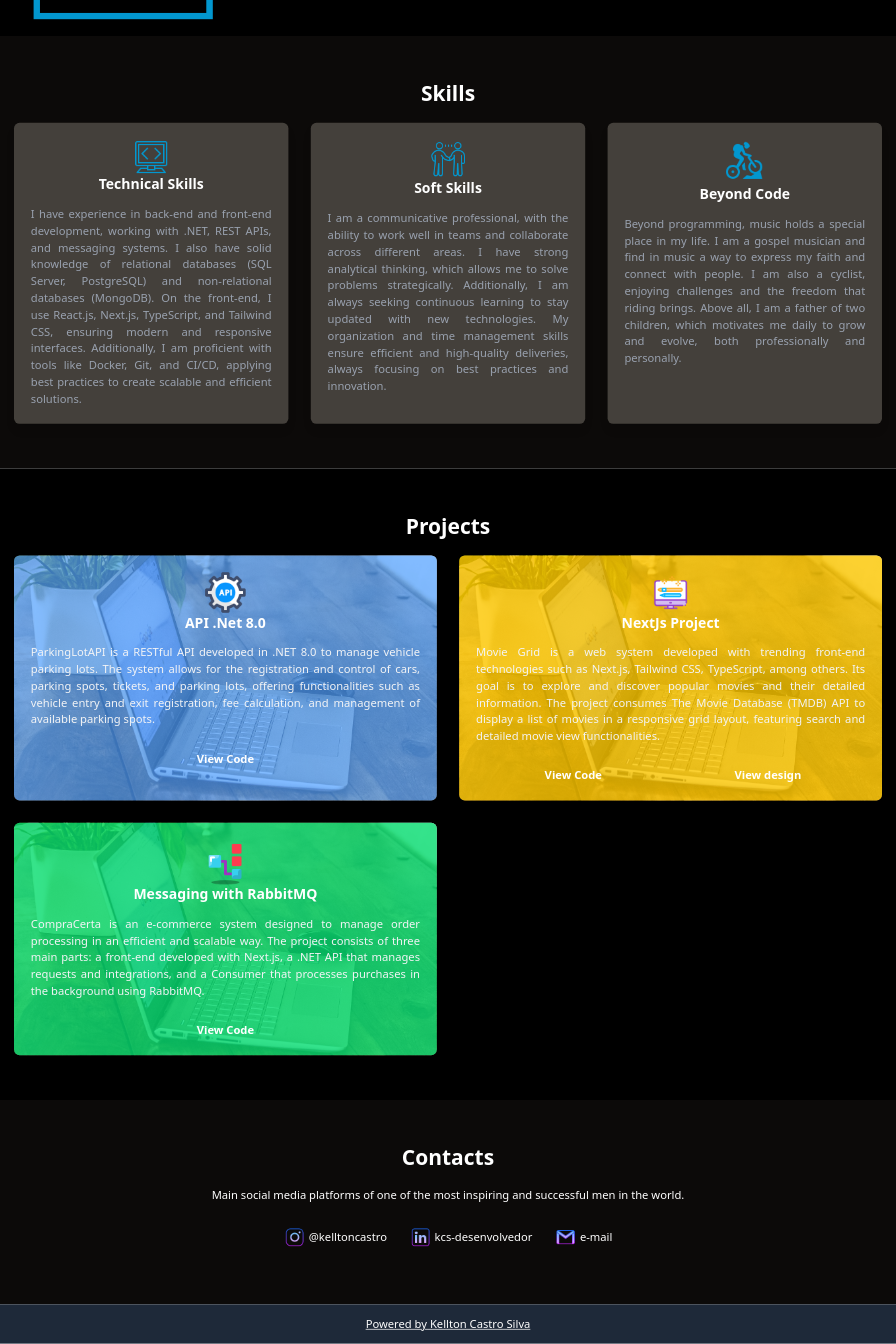
Repository: kcsdesenvolvedor/portfolio
Page: index.html
These files come from the project's save history. The page is drawn as it stood at one moment and after the next save; the edit follows.
The browser window is 1280 px wide. The pictures show the part of the page from y = 918 to 2838 px (the page is 2838 px tall before and 2790 px after), at 70% of full size.

Above is the page before, as saved 2025-03-26 20:32:02.
Console error: TypeError: Cannot read properties of null (reading 'textContent')

### index.html
<!DOCTYPE html>
<html lang="en">
<head>
    <meta charset="UTF-8">
    <meta name="viewport" content="width=device-width, initial-scale=1.0">
    <link rel="icon" href="./img/faviconK.png" type="image/x-icon">
    <link href="./output.css" rel="stylesheet">
    <title>Kellton Castro</title>
    <style>
        .typing-container {
        font-family: 'Courier New', monospace;
        font-size: 24px;
        color: #333;
        white-space: nowrap;
        overflow: hidden;
        border-right: 2px solid black;
        display: inline-block;
        animation: blink-caret 0.7s step-end infinite;
        }

        #typing-text {
            height: 40px;
        }

        @keyframes blink-caret {
        from, to {
            border-color: transparent;
        }
        50% {
            border-color: black;
        }
        }


        @keyframes fadeIn {
            from {
                opacity: 0;
                transform: translateY(20px);
            }
            to {
                opacity: 1;
                transform: translateY(0);
            }
        }

        .fade-in {
            animation: fadeIn 1s ease-in-out;
        }
    </style>
</head>
<body class="bg-gray-100 font-sans">
    <header>
        <nav class="fixed top-0 z-50 w-full px-4 py-4 flex justify-between items-center bg-stone-950">
            <div class="lg:hidden">
                <button class="navbar-burger flex items-center text-blue-600 p-3">
                    <svg class="block h-4 w-4 fill-current" viewBox="0 0 20 20" xmlns="http://www.w3.org/2000/svg">
                        <title>Mobile menu</title>
                        <path d="M0 3h20v2H0V3zm0 6h20v2H0V9zm0 6h20v2H0v-2z"></path>
                    </svg>
                </button>
            </div>
            <div>
                <ul class="hidden absolute top-1/2 left-1/2 transform -translate-y-1/2 -translate-x-1/2 lg:mx-auto lg:flex lg:items-center lg:w-auto lg:space-x-20">
                    <li><a class="text-sm text-blue-600/80 dark:text-sky-400/80 hover:text-white" href="#home" data-i18n="home"></a></li>
                    <li><a class="text-sm text-blue-600/80 dark:text-sky-400/80 hover:text-white" href="#about" data-i18n="about"></a></li>
                    <li><a class="text-sm text-blue-600/80 dark:text-sky-400/80 hover:text-white" href="#skills" data-i18n="skills"></a></li>
                    <li><a class="text-sm text-blue-600/80 dark:text-sky-400/80 hover:text-white" href="#projects" data-i18n="projects"></a></li>
                    <li><a class="text-sm text-blue-600/80 dark:text-sky-400/80 hover:text-white" href="#contacts" data-i18n="contacts"></a></li>
                </ul>
            </div>
            <div class="w-lg">
                <select id="language-select" class="border-2 border-blue-600/80 dark:border-sky-400/80 text-blue-600/80 dark:text-sky-400/80 bg-transparent rounded-lg px-4 py-2">
                    <option value="en">English</option>
                    <option value="pt">Português</option>
                </select>
            </div>
        </nav>
        <div class="navbar-menu fixed top-0 z-50 w-full hidden">
            <div class="navbar-backdrop fixed inset-0 bg-gray-800 opacity-25"></div>
            <nav class="fixed top-0 left-0 bottom-0 flex flex-col w-5/6 max-w-sm py-6 px-6 bg-white border-r overflow-y-auto">
                <div class="flex items-center mb-8">
                    <a class="mr-auto text-3xl font-bold leading-none" href="#">
                        <img class="w-16" src="./img/logo.png" alt="">
                    </a>
                    <button class="navbar-close">
                        <svg class="h-6 w-6 text-gray-400 cursor-pointer hover:text-gray-500" xmlns="http://www.w3.org/2000/svg" fill="none" viewBox="0 0 24 24" stroke="currentColor">
                            <path stroke-linecap="round" stroke-linejoin="round" stroke-width="2" d="M6 18L18 6M6 6l12 12"></path>
                        </svg>
                    </button>
                </div>
                <div>
                    <ul>
                        <li class="mb-1">
                            <a class="navbar-itemMenu block p-4 text-sm font-semibold text-gray-400 hover:bg-blue-50 hover:text-blue-600 rounded" href="#home" data-i18n="home"></a>
                        </li>
                        <li class="mb-1">
                            <a class="navbar-itemMenu block p-4 text-sm font-semibold text-gray-400 hover:bg-blue-50 hover:text-blue-600 rounded" href="#about" data-i18n="about"></a>
                        </li>
                        <li class="mb-1">
                            <a class="navbar-itemMenu block p-4 text-sm font-semibold text-gray-400 hover:bg-blue-50 hover:text-blue-600 rounded" href="#skills" data-i18n="skills"></a>
                        </li>
                        <li class="mb-1">
                            <a class="navbar-itemMenu block p-4 text-sm font-semibold text-gray-400 hover:bg-blue-50 hover:text-blue-600 rounded" href="#projects" data-i18n="projects"></a>
                        </li>
                        <li class="mb-1">
                            <a class="navbar-itemMenu block p-4 text-sm font-semibold text-gray-400 hover:bg-blue-50 hover:text-blue-600 rounded" href="#contact" data-i18n="contacts"></a>
                        </li>
                    </ul>
                </div>
                <div class="mt-auto">

                    <a href="https://kcode2025.github.io/sucess-history" target="_blank">
                        <p class="my-4 text-xs text-center text-gray-400">
                            Powered by Success Story
                        </p>
                    </a>
                </div>
            </nav>
        </div>
    </header>


    <!-- Home Section -->
    <section id="home" class="flex flex-col-reverse lg:flex-row lg:justify-around justify-between bg-stone-950 text-white text-center pt-20 lg:pb-0 pb-5 px-10 fade-in">
        <!-- Div do texto -->
        <div class="self-center w-full flex items-center justify-center">
            <div class="flex flex-col lg:w-2/4"> <!-- Ajuste essa div para ocupar 100% da largura -->
                <p class="text-md text-left" data-i18n="hello"></p>
                <p class="text-3xl text-blue-600/80 dark:text-sky-400/80 text-left font-semibold" data-i18n="apresentationMe"></p>
                <p class="text-lg text-gray-400 text-left font-semibold mb-2" data-i18n="myProfission"></p>
                <p class="text-xs text-gray-400 text-left font-semibold mb-8" data-i18n="welcomePortfolio"></p>
                <a href="#contact" class="bg-blue-600/80 dark:bg-sky-400/80 text-white font-bold w-2/4 py-3 px-6 border-2 rounded-lg shadow-lg hover:bg-black hover:text-blue-600/80 hover:dark:text-sky-400/80 hover:border-blue-600/80 hover:dark:border-sky-400/80 hover:border-2 transition delay-150 duration-300 ease-in-out" data-i18n="contacts"></a>
            </div>
        </div>

        <!-- Div da imagem -->
        <div class="flex justify-center lg:justify-end lg:w-2/4">
            <img class="min-w-2/4 object-contain" src="./img/perfil-portfolio2.png">
        </div>
    </section>

    <!-- Sobre -->
    <section id="about" class="flex flex-col lg:flex-row items-center justify-center space-y-10 lg:space-y-0 lg:space-x-20 py-16 bg-black border-r-gray-900 fade-in">
        <div class="relative flex justify-center">
            <!-- Moldura (posição de fundo) -->
            <img src="./img/moldura.png" class="w-3xs h-3xs absolute -left-5 top-5 lg:-left-10 lg:top-10" alt="moldura do perfil">

            <!-- Imagem de perfil (fica por cima) -->
            <img src="./img/perfil-portfolio1.png" class="w-3xs h-3xs relative z-10" alt="meu perfil">
        </div>
        <div class="px-5 w-full lg:w-3xl text-center lg:text-left">
            <h3 class="text-3xl text-white font-bold mb-2" data-i18n="about"></h3>
            <div class="w-20 h-0.5 bg-blue-600/80 dark:bg-sky-400/80 mb-3 mx-auto lg:mx-0"></div>
            <p class="text-gray-400 text-left w-full mb-8" data-i18n="aboutMeInfo"></p>
            <div class="flex flex-col lg:flex-row w-full lg:w-2/4 gap-4">
                <a href="#contact" class="bg-blue-600/80 dark:bg-sky-400/80 text-center text-white font-bold w-full lg:w-2/4 py-3 px-6 border-2 rounded-lg shadow-lg hover:bg-black hover:text-blue-600/80 hover:dark:text-sky-400/80 hover:border-blue-600/80 hover:dark:border-sky-400/80 hover:border-2 transition delay-150 duration-300 ease-in-out" data-i18n="contacts"></a>
                <a href="cv/Kellton.pdf" download="Kellton.pdf" class="bg-black text-center border-blue-600/80 dark:border-sky-400/80 text-blue-600/80 dark:text-sky-400/80 font-bold w-full lg:w-2/4 py-3 px-6 border-2 rounded-lg shadow-lg hover:text-white hover:border-white hover:border-2 transition delay-150 duration-300 ease-in-out">
                    Download CV
                </a>
            </div>
        </div>
    </section>



    <!-- Skills -->
    <section id="skills" class="py-16 bg-stone-950 fade-in">
        <div class="container mx-auto text-center">
            <h3 class="text-3xl text-white font-bold mb-6" data-i18n="skills"></h3>
            <div class="px-5 grid grid-cols-1 md:grid-cols-3 gap-8">
                <div class="flex flex-col items-center bg-stone-700 p-6 rounded-lg shadow-lg transition delay-150 duration-300 transform hover:scale-105 hover:shadow-xl">
                    <img src="./img/hard-skills.png" alt="image hard skills">
                    <h4 class="text-xl text-white font-bold mb-4" data-i18n="technicalSkills"></h4>
                    <p class="text-gray-400 text-justify" data-i18n="technicalSkillsInfo"></p>
                </div>
                <div class="flex flex-col items-center bg-stone-700 p-6 rounded-lg shadow-lg transition delay-150 duration-300 transform hover:scale-105 hover:shadow-xl">
                    <img src="./img/soft-skills.png" class="h-14" alt="image soft skills">
                    <h4 class="text-xl text-white font-bold mb-4" data-i18n="softSkills"></h4>
                    <p class="text-gray-400 text-justify" data-i18n="softSkillsInfo"></p>
                </div>
                <div class="flex flex-col items-center bg-stone-700 p-6 rounded-lg shadow-lg transition delay-150 duration-300 transform hover:scale-105 hover:shadow-xl">
                    <img src="./img/beyond-code.png" alt="imagem de beyond code">
                    <h4 class="text-xl text-white font-bold mb-4" data-i18n="beyondCode"></h4>
                    <p class="text-gray-400 text-justify" data-i18n="beyondCodeInfo"></p>
                </div>
            </div>
        </div>
    </section>

    <!-- Projetos -->
    <section id="projects" class="py-16 bg-black fade-in">
        <div class="container mx-auto text-center">
            <h3 class="text-3xl text-white font-bold mb-6" data-i18n="projects"></h3>
            <div class="px-5 grid grid-cols-1 md:grid-cols-2 gap-8">
                <div class="relative bg-stone-700 p-6 rounded-lg shadow-lg
                bg-[url('./img/homeoffice.jpg')] bg-cover bg-center bg-opacity-20">
                    <div class="absolute inset-0 bg-blue-400/70 rounded-lg"></div>
                    <div class="relative z-10 flex flex-col items-center">
                        <img src="./img/api.png" alt="image api">
                        <h4 class="text-xl text-white font-bold mb-4">API .Net 8.0</h4>
                        <p class="text-gray-100 text-justify" data-i18n="apiProjectInfo"></p>
                        <div class="flex justify-center mt-8 w-full">
                            <a href="https://github.com/kcsdesenvolvedor/ParkingLotAPI" class="text-white font-semibold w-full lg:w-2/4 px-6 hover:text-blue-600/80 hover:dark:text-sky-400/80 transition delay-150 duration-300 ease-in-out" target="_blank" data-i18n="viewCode"></a>
                        </div>
                    </div>
                </div>
                <div class="relative bg-stone-700 p-6 rounded-lg shadow-lg
                bg-[url('./img/homeoffice.jpg')] bg-cover bg-center bg-opacity-20">
                    <div class="absolute inset-0 bg-yellow-400/80 rounded-lg"></div>
                    <div class="relative z-10 flex flex-col items-center">
                        <img src="./img/next-project.png" alt="image nextjs project">
                        <h4 class="text-xl text-white font-bold mb-4" data-i18n="nextjsProject"></h4>
                        <p class="text-gray-100 text-justify" data-i18n="nextjsProjectInfo"></p>
                        <div class="flex justify-between mt-8 w-full">
                            <a href="https://github.com/kcsdesenvolvedor/Movie-Grid" class=" text-white font-semibold w-full lg:w-2/4 px-6 hover:text-blue-600/80 hover:dark:text-sky-400/80 transition delay-150 duration-300 ease-in-out" target="_blank" data-i18n="viewCode"></a>
                            <a href="https://movie-grid-blue.vercel.app/" class=" text-white font-semibold w-full lg:w-2/4 px-6 hover:text-blue-600/80 hover:dark:text-sky-400/80 transition delay-150 duration-300 ease-in-out" target="_blank" data-i18n="viewDesign"></a>
                        </div>
                    </div>
                </div>
                <div class="relative flex flex-col items-center bg-stone-700 p-6 rounded-lg shadow-lg
                bg-[url('./img/homeoffice.jpg')] bg-cover bg-center bg-opacity-20">
                    <div class="absolute inset-0 bg-green-400/80 rounded-lg"></div>
                    <div class="relative z-10 flex flex-col items-center">
                        <img src="./img/mensageria.png" alt="imagem de mensageria">
                        <h4 class="text-xl text-white font-bold mb-4" data-i18n="messagingWithRabbitMQ"></h4>
                        <p class="text-gray-100 text-justify" data-i18n="messagingWithRabbitMQInfo"></p>
                        <div class="flex justify-center mt-8 w-full">
                            <a href="https://github.com/kcsdesenvolvedor/compra-certa" class="text-white font-semibold w-full lg:w-2/4 px-6 hover:text-blue-600/80 hover:dark:text-sky-400/80 transition delay-150 duration-300 ease-in-out" target="_blank" data-i18n="viewCode"></a>
                        </div>
                    </div>
                </div>
            </div>
        </div>
    </section>

    <!-- Contato -->
    <section id="contacts" class="py-16 bg-stone-950 text-white text-center fade-in">
        <div class="container mx-auto px-2">
            <h3 class="text-3xl font-bold mb-6" data-i18n="contacts"></h3>
            <p class="mb-8">Main social media platforms of one of the most inspiring and successful men in the world.</p>
            <form class="max-w-lg mx-auto">
                <div class="flex flex-col justify-center lg:flex-row mb-4 gap-8">
                    <a href="https://www.cityfootballgroup.com/" target="_blank">
                        <div class="flex gap-1 items-center">
                            <img class="h-8 w-8" src="./img/instagram.png" alt="imagem do instagram">
                            <p class="text-1xl">@kelltoncastro</p>
                        </div>
                    </a>
                    <a href="https://x.com/HHmansour" target="_blank">
                        <div class="flex gap-1 items-center">
                            <img class="h-8 w-8" src="./img/linkedin.png" alt="imagem do linkedin">
                            <p class="text-1xl">kcs-desenvolvedor</p>
                        </div>
                    </a>
                    <a href="https://x.com/HHmansour" target="_blank">
                        <div class="flex gap-1 items-center">
                            <img class="h-8 w-8" src="./img/gmail.png" alt="imagem do gmail">
                            <p class="text-1xl">e-mail</p>
                        </div>
                    </a>
                </div>
            </form>
        </div>
    </section>

    <!-- Footer -->
    <footer class="bg-gray-800 text-white text-center py-4">
        <a class="cursor-pointer" href="https://kcode2025.github.io/sucess-history" target="_blank"><p class="underline">Powered by Kellton Castro Silva</p></a>
    </footer>

    <!-- Script -->
    <script>
        // Burger menus
        document.addEventListener('DOMContentLoaded', function() {
            // open
            const burger = document.querySelectorAll('.navbar-burger');
            const menu = document.querySelectorAll('.navbar-menu');

            if (burger.length && menu.length) {
                for (var i = 0; i < burger.length; i++) {
                    burger[i].addEventListener('click', function() {
                        for (var j = 0; j < menu.length; j++) {
                            menu[j].classList.toggle('hidden');
                        }
                    });
                }
            }

            // close
            const close = document.querySelectorAll('.navbar-close');
            const backdrop = document.querySelectorAll('.navbar-backdrop');
            const itemMenu = document.querySelectorAll('.navbar-itemMenu');

            if (close.length) {
                for (var i = 0; i < close.length; i++) {
                    close[i].addEventListener('click', function() {
                        for (var j = 0; j < menu.length; j++) {
                            menu[j].classList.toggle('hidden');
                        }
                    });
                }
            }

            if (backdrop.length) {
                for (var i = 0; i < backdrop.length; i++) {
                    backdrop[i].addEventListener('click', function() {
                        for (var j = 0; j < menu.length; j++) {
                            menu[j].classList.toggle('hidden');
                        }
                    });
                }
            }

            if (itemMenu.length) {
                for (var i = 0; i < itemMenu.length; i++) {
                    itemMenu[i].addEventListener('click', function() {
                        for (var j = 0; j < menu.length; j++) {
                            menu[j].classList.toggle('hidden');
                        }
                    });
                }
            }
        });

        // animação de digitação

        const texts = [
        "Visionary Leader",
        "Sports Enthusiast",
        "City Football Group Owner",
        "Innovative Investor",
        "Philanthropist",
        "Economic Pioneer",
        "Influential Figure",
        "Strategic Thinker",
        "Cultural Advocate",
        "Inspiring Icon"
        ];

        let currentTextIndex = 0;
        let charIndex = 0;
        const typingSpeed = 100; // Velocidade de digitação (ms por caractere)
        const erasingSpeed = 50; // Velocidade de apagar
        const delayBetweenTexts = 2000; // Tempo antes de trocar para o próximo texto

        const typingElement = document.getElementById("typing-text");

        function typeText() {
        if (charIndex < texts[currentTextIndex].length) {
            typingElement.textContent += texts[currentTextIndex].charAt(charIndex);
            charIndex++;
            setTimeout(typeText, typingSpeed);
        } else {
            setTimeout(eraseText, delayBetweenTexts);
        }
        }

        function eraseText() {
        if (charIndex > 0) {
            typingElement.textContent = texts[currentTextIndex].substring(0, charIndex - 1);
            charIndex--;
            setTimeout(eraseText, erasingSpeed);
        } else {
            currentTextIndex = (currentTextIndex + 1) % texts.length;
            setTimeout(typeText, typingSpeed);
        }
        }

        // Começar a animação
        document.addEventListener("DOMContentLoaded", () => {
        setTimeout(typeText, delayBetweenTexts);
        });

        </script>
        <script src="./js/main.js"></script>
        <script src="./js/translations.js"></script>
</body>
</html>

Loaded but not shown: js/translations.js (54 lines, source omitted); js/main.js (24 lines, source omitted); output.css (1429 lines, source omitted)

After the next save:
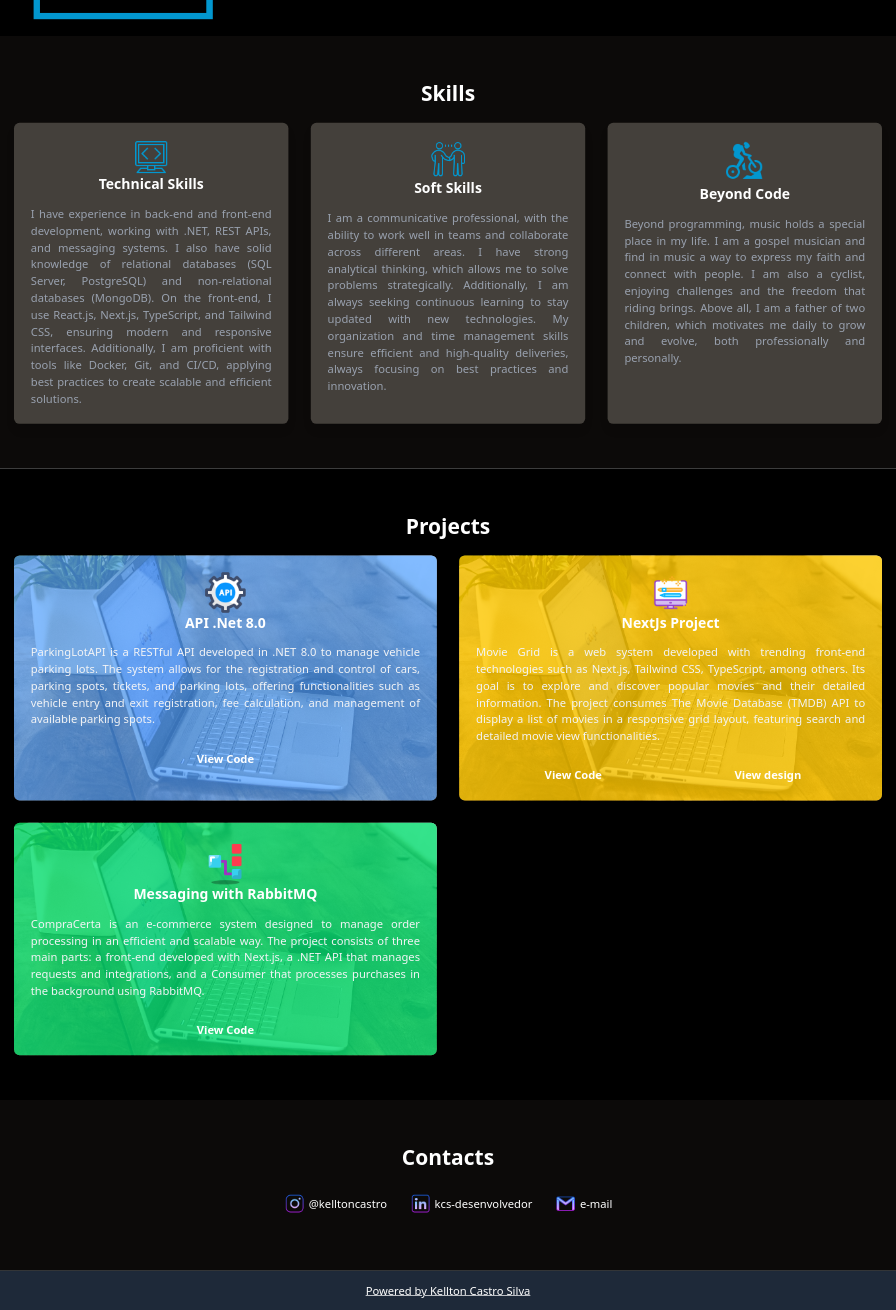
Saved 3 min 36 s later.
--- a/index.html
+++ b/index.html
@@ -237,7 +237,7 @@
     <section id="contacts" class="py-16 bg-stone-950 text-white text-center fade-in">
         <div class="container mx-auto px-2">
             <h3 class="text-3xl font-bold mb-6" data-i18n="contacts"></h3>
-            <p class="mb-8">Main social media platforms of one of the most inspiring and successful men in the world.</p>
+            <p class="mb-8" data-i18n="mainSocialMediaInfo"></p>
             <form class="max-w-lg mx-auto">
                 <div class="flex flex-col justify-center lg:flex-row mb-4 gap-8">
                     <a href="https://www.cityfootballgroup.com/" target="_blank">
